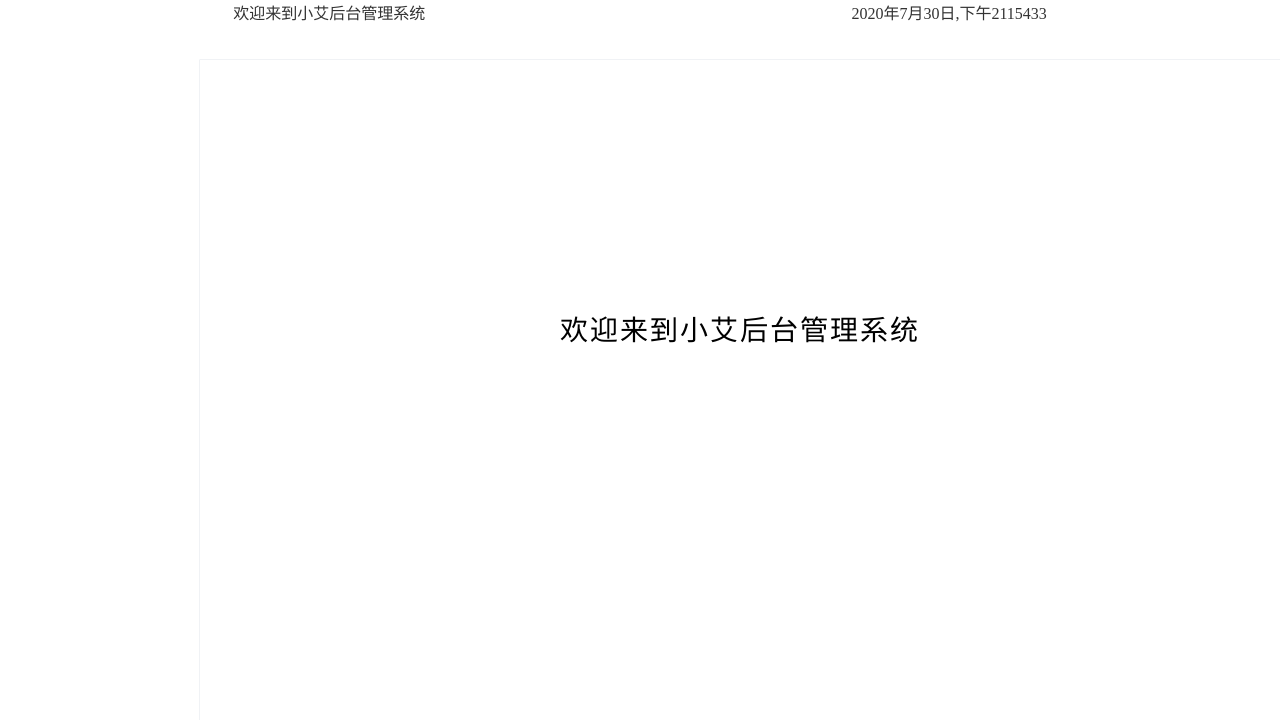
Repository: noob-injoker/router-slots-cw-ee
Page: /
An editor plug-in stored every save of this project. The page is shown before and after the next save, followed by the edit.
The browser window is 1280 px wide. The pictures show the whole page.
The page's requests for data from a server got no answer. The project was rebuilt for these pictures with package versions that can differ from the ones it lists, and the page was loaded fresh each time. No one was signed in, and anything a server would have sent is missing. Also part of the build but not shown: vue.config.js.

Above is the page before, as saved 2020-08-30 21:01:38.

### src/main.js
import Vue from 'vue'
import App from './App.vue'
import router from './router'
import store from './store'
import './bus'
import ElementUI from 'element-ui'
import 'element-ui/lib/theme-chalk/index.css'

Vue.use(ElementUI)

Vue.config.productionTip = false

new Vue({
  router,
  store,
  render: h => h(App)
}).$mount('#app')

### src/App.vue
<template>
<div id="app">

  <router-view />

</div>
</template>

<style>
@import './styles/styles.scss';
@import './styles/common.scss';
</style>

### src/router/index.js
import Vue from 'vue'
import VueRouter from 'vue-router'
import Home from '../views/Home.vue'
import Layout from '../views/Layout.vue'

Vue.use(VueRouter)

  const routes = [

    {
      path: '/',
      name: 'Layout',
      component: Layout,
      children: [

        {
          path: '',
          name: 'Home',
          component: Home
        }
        // ,
        // {
        //   path: 'cata',
        //   name: 'cata',
        //   component: () => import('../views/cata.vue')
        // }
      ]

    },
    {
      path:'/Login',
      name:"Login",
      component: () => import('../views/Login.vue'),
      meta:{
        title:'登录'
      }
    },
  // ,
  // {
  //   path: '/about',
  //   name: 'About',
  //   // route level code-splitting
  //   // this generates a separate chunk (about.[hash].js) for this route
  //   // which is lazy-loaded when the route is visited.
  //   component: () => import(/* webpackChunkName: "about" */ '../views/About.vue')
  // }

]

const router = new VueRouter({
  mode: 'history',
  base: process.env.BASE_URL,
  routes
})

export default router

### src/store/index.js
import Vue from 'vue'
import Vuex from 'vuex'
import user from './user/user'

Vue.use(Vuex)

export default new Vuex.Store({
  state: {

  },
  mutations: {

  },
  actions: {

  },
  modules: {
    user
  }
})

### src/bus/index.js
import Vue from 'vue'
const bus = new Vue()
Vue.prototype.$bus = bus

### src/styles/styles.scss
.username .el-form-item__label,.password .el-form-item__label{
    text-align: left;
}
.button-box .el-button--primary{
    width: 160px;
}
.el-menu-box .el-menu{
    border-right: 0px solid white;
}

### src/styles/common.scss
*{
  margin: 0px;
  padding: 0px;
}

.df{
  display: flex;
}
.f-1{
  flex: 1;
}
.j-center{
  display: flex;
  justify-content: center;

}
.j-bettween{
  display: flex;
  justify-content: space-between;

}
.j-around{
  display: flex;
  justify-content: space-around;
}
.j-end{
  display: flex;
  justify-content: flex-end;
}
.a-center{
  align-items: center;
}
.f-column{
  display: flex;
  flex-direction: column;
}
.p-r{
  position: relative;
}
.p-a{
  position: absolute;
}

.r1{
  border: 1px solid red;
}
.y1{
  border: 1px solid yellow;
}
.b1{
  border: 1px solid black;
}

.l-height32{
  line-height: 32px;
}
.w100{

  width: 100%;

}
.t-center{
  text-align: center;

}
.f12{
  font-size: 12px;
}

.w1170{
  width: 1170px;
}
.h100{
  height: 100px;
}
.h70{
  height: 70px;
}
.h436{
  height: 436px;
}
.h350{
  height: 350px;
}
.w1070{
  width: 1070px;
}
.h1590{
  height: 1590px;
}
.h726{
  height: 726px;
}
.w1054{
  width: 1054px;
}
.h160{
  height: 160px;
}
.w732{
  width: 732px;
}
.b2{
  border: 2px solid black;
}
.h434{
  height: 434px;

}
.h600{
  height: 600px;
}
.w1078{
  width: 1078px;
}
.h362{
  height: 362px;
}
.fs16{
  font-size: 16px;
}
.w652{
  width: 652px;

}
.h82{
  height: 82px;
}
.w1064{
  width: 1064px;
}
.h352{
  height: 352px;
}
.w286{
  width: 286px;
}
.h22{
  height: 22px;
}
.w290{
  width: 290px;
}
.h330{
  height: 330px;
}
.mt40{
  margin-top: 40px;
}
.h724{
  height: 724px;
}
.h630{
  height: 630px;

}
.w1058{
  width: 1058px;
}
.h160{
  height: 160px;
}
.w290{
  width: 290px;
}
.w738{
  width: 738px;
}
.w1170{
  width: 1170;
}
.h468{
  height: 468px;
}
.mt20{
  margin-top: 20px;
}
.h318{
  height: 318px;
}
.w652{
  width: 652px;
}
.w370{
  width: 370px;
}
.h314{
  height: 314px;
}
.g1{
  border: 1px solid gray;
}
.w146{
  width: 146px;
}
.box_content3_pic img{
  width: 100%;
  height: 100%;
}
.w488{
  width: 488px;
}
.h420{
  height: 420px;
}
.h234{
  height: 234px;
}
.w950{
  width: 950px;
}
.h68{
  height: 68px;
}
.w124{
  width: 124px;
}
.h50{
  height: 50px;
}
.w190{
  width: 190px;
}
.h44{
  height: 44px;
}
.w184{
  width: 184px;
}
.h32{
  height: 32px;
}
.h400{
  height: 400px;
}
.w1200{
  width: 1200px;
}
.w950{
  width: 950px;

}
.h630{
  height: 630px;
}
.h188{
  height: 188px;
}
.h380{
  height: 380px;
}
.h335{
  height: 335px;
}
.h138{
  height: 138px;
}
.w238{
  width: 238px;
}
.h668{
  height: 668px;
}
.h446{
  height: 446px;
}
.w460{
  width: 460px;
}
.w140{
  width: 140px;
}
.h140{
  height: 140px;
}
.w320{
  width: 320px;
}
.w950{
  width: 950px;

}
.h498{
  height: 498px;
}
.h100{
  height: 100px;
}
.h398{
  height: 398px;
}
.mb10{
  margin-bottom: 10px;
}
.w358{
  width: 358px;
}
.w440{
  width: 440px;
}
.w119{
  width: 119px;
}
.h30{
  height: 30px;
}
.w59{
  width: 59px;
}
.h88{
  height: 88px;
}
.w1000{
  width: 1000px;
}
.height{
  height: 460px;
}
.w120{
  width: 120px;
}
.h70{
  height: 70px;
}
.fs12{
  font-size: 12px;
}
.fs14{
  font-size: 14px;
}
.h509{
  height: 509px;
}
.w644{
  width: 644px;
}
.w274{
  width: 274px;
}
.w162{
  width: 274px;
}
.h104{
  height: 104px;
}
.w450{
  width: 450px;
}
.w162{
  width: 162px;
}
.h38{
  height: 38px;
}
.h40{
  height: 40px;
}
.w276{
  width: 276px;
}
.h320{
  height: 320px;
}
.w274{
  width: 274px;

}
.h76{
  height: 76px;
}
.h84{
  height: 84px;
}
.h140{
  height: 140px;
}
.h72{
  height: 72px;
}
.h80{
  height: 80px;
}
.h140{
  height: 140px;
}
.w98{
  width: 98px;
}
.w172{
  width: 172px;
}
.h310{
  height: 310px;
}
.h150{
  height: 150px;
}
.h40{
  height: 40px;
}
.pr{
  position: relative;
}
.pa{
  position: absolute;
}
.h176{
  height: 176px;
}
.w920{
  width: 920px;
}
.h122{
  height: 122px;
}
.h145{
  height: 145px;
}
.h108{
  height: 108px;
}
.h48{
  height: 48px;
}
.w612{
  width: 612px;
}
.h36{
  height: 36px;
}
.w322{
  width: 322px;
}
.w1002{
  width: 1002px;
}
.h98{
  height: 98px;
}
.h44{
  height: 44px;
}

.h328{
  height: 328px;
}
.w670{
  width: 670px;
}
.w258{
  width: 258px;
}
.h368{
  height: 368px;
}
.h308{
  height: 308px;
}
.w332{
  width: 332px;
}
.h590{
  height: 590px;
}
.h466{
  height: 466px;
}
.w242{
  width: 242px;
}
.w732{
  width: 732px;
}
.h42{
  height: 42px;
}
.w420{
  width: 420px;
}
.w270{
  width: 270px;
}
.w730{
  width: 730px;
}
.h150{
  height: 150px;
}
.w270{
  width: 270px;
}
.h120{
  height: 120px;
}
.w420{
  width: 420px;
}

.h150{
  height: 150px;
}
.w244{
  width: 244px;

}
.h276{
  height: 276px;
}
.h42{
  height: 42px;
}
.h490{
  height: 490px;
}
.f1{
  flex: 1;
}
.f5{
  flex: 5;
}
.h64{
  height: 64px;
}
.m-l-20{
  margin-left: 20px;
}
.p-l-8{

  padding-left: 8px;
}
.cw{
  color: white;
}
.bg_blue{
  background: rgb(87, 87, 128);
}
.p10{
  padding:10px;
}
.m-t-40{
  margin-top: 40px;
}
.m-t-10{
  margin-top: 10px;
}
.wb20{
  width: 20%;
}
.wb24{
  width: 24%;
}
.hb30{
  height: 30%;
}
.h60{
  height: 60px;
}
.fs22{
  font-size: 40px;
}
.h50{
  height: 50px;
}
.w200{
  width: 200px;
}
.m-t-10{
  margin-top: 10px;
}
.fw7{
  font-weight: 700;
}
.w200{
  width: 200px;
}
.h200{
  height: 200px;
}
.h602{
  height: 602px;
}
.h608{
  height: 607px;
}
.m-l-r-20{
  margin-left: 20px;
  margin-right: 20px;
}
.bgwhite{
  background: white;
}
.fixed{
  position: fixed;
}
.m-l-r-15{
  margin-left: 15px;
  margin-right: 15px;
}
.m-l-10{
  margin-left: 10px;
}
.m-t-15{
  margin-top:15px
}
.h40{
  height: 40px;
}
.bgw{
  background: white;
}
.h30{
  height: 30px;
}
.wb100{
  width: 100%;
}
.w300{
  width: 400px;
}
.h40{
  height: 40px;
}
.m-b-20{
  margin-bottom: 20px;
}
.m-t-20{
  margin-top: 20px;
}
.m-r-30{
  margin-right:30px;
}
.ccc{
  display: flex;
  align-items: center;
  justify-content: center;
}
.w00{
  width: 100%;

}
.h00{
  height: 100%;
}
.bgBlue{
  background: blue;
}
.bgBlack{
  background: black;
}
.bgGreen{
  background: green;
}
.w00{
  width: 100%;
}
.h00{
  height: 100%;
}

### src/views/Home.vue
<template>
<div class="w00 h00">

  <div class="text-box  ccc">欢迎来到小艾后台管理系统</div>

</div>
</template>

<script>
export default {
  name: "",
  props: {},
  components: {},
  data() {
    return {};
  },
  methods: {

  },
  mounted() {

  },
  watch: {},
  computed: {

  },
};
</script>

<style lang="scss" scoped>
.text-box {

 height: 80%;
  font-size: 28px;
  letter-spacing: 2px;


}
</style>

### src/views/Layout.vue
<template>
<div class=" container ">
  <el-container class="">

    <el-header>
      <div>
        <headerNav></headerNav>
      </div>
    </el-header>

    <el-container class="">

      <el-aside width="200px">
        <div class="">
          <asideNav></asideNav>
        </div>
      </el-aside>

      <el-main class="main-box ">

        <div class=" h00">
          <router-view></router-view>
        </div>

      </el-main>

    </el-container>

  </el-container>
</div>
</template>

<script>
import asideNav from "../components/nav/asideNav";
import headerNav from "../components/nav/headerNav";
export default {
  name: "Layout",
  props: {},
  components: {
    asideNav,
    headerNav,
  },
  data() {
    return {};
  },
  methods: {},
  mounted() {},
  watch: {},
  computed: {},
};
</script>

<style lang="scss" scoped>
.main-box{

  height: calc(100vh - 60px);
}

.el-header {
  background-color: white;
  color: #333;

  border-bottom: 1px solid #f0f2f5;
  position: fixed;
  top: 0;
  left: 0;
  right: 0;
}

.el-aside {
  border-right: 1px solid #f0f2f5;
  background-color: white;
  line-height: 200px;
  border-top: 1px solid white;
  position: fixed;
  top: 59px;
  left: 0;
  bottom: 0;
}

.el-main {

  background-color: white;

  margin-left: 200px;
  margin-top: 60px;

}
</style>

### src/store/user/user.js
import api from '../../http/api'
import router from '../../router'
import { Message } from 'element-ui'

export default {
  // 开启命名空间 这个文件就是单独的一个vuex的模块
  namespaced: true,
  state: {
    menus: []
  },
  mutations: {
    setMenus(state, data) {
      state.menus = data
    }
  },
  actions: {
    // 所有的请求都写在actions里面
    // action里面的方法可以传两个参数 第一个参数是整个store(vuex对象) 第二个参数是请求的参数
    async getMenus({ commit }) {
      let res = await api.getMenus()


      if (res.meta.status === 200) {
        let obj = {
          authName: "首页",
          path:""
        }
        res.data.unshift(obj)
        // 提交mutation
        commit('setMenus', res.data);

        console.log(res.data);

      }
    },
    // async getMenus({commit}){
    //   let res = await api.getMenus()
    // },
    async login({ commit }, { username, password }) {
      console.log(commit);
      let res = await api.login({
        username,
        password
      })
      if (res.meta.status === 200) {
        // 存储信息
        localStorage.setItem('adminToken', res.data.token)
        localStorage.setItem('adminUser', JSON.stringify(res.data))
        // 跳转路由
        router.push('')
        // 提示用户
        Message.success('登录成功')
      } else {
        Message.error(res.meta.msg)
      }
    }

  },
}

### src/components/nav/asideNav.vue
<template>
<div>
  <el-row class="tac">
    <el-col>
      <div class="el-menu-box">

        <el-menu unique-opened router default-active="2" class="el-menu-vertical-demo">

          <template v-for="(item,index) in menus">

            <el-menu-item :index="item.path" :key="item.path" v-if="index===0">
              <i :class="iconList[index].icon"></i>
              <span slot="title">{{item.authName}}</span>
            </el-menu-item>

            <el-submenu :index="item.path" :key="item.path" v-else>

              <template slot="title">
                <i :class="iconList[index].icon"></i>
                <span>{{item.authName}}</span>
              </template>

              <el-menu-item-group>

                <el-menu-item :index="item1.path" v-for="(item1,index2) in item.children" :key="item1.path">
                  <i :class="iconList[index].childIconList[index2].childIconListIcon"></i>
                  <span slot="title">{{item1.authName}}{{index2}}</span>
                </el-menu-item>

              </el-menu-item-group>

            </el-submenu>

          </template>

        </el-menu>

      </div>
    </el-col>
  </el-row>
</div>
</template>

<script>
import {
  createNamespacedHelpers
} from "vuex";
const userModule = createNamespacedHelpers("user");
const {
  mapState: userState,
  mapActions: userActions
} = userModule;
export default {
  name: "",
  props: {},
  components: {},
  data() {
    return {

      iconList: [{
          icon: 'el-icon-s-home',
          childIconList: [{
            childIconListIcon: ''
          }]
        },
        {
          icon: 'el-icon-user',
          childIconList: [{
            childIconListIcon: 'el-icon-folder-opened'
          }]
        },
        {
          icon: 'el-icon-folder',
          childIconList: [{
              childIconListIcon: 'el-icon-setting'
            },
            {
              childIconListIcon: 'el-icon-c-scale-to-original'
            },

          ]
        },
        {
          icon: 'el-icon-goods',
          childIconList: [{
              childIconListIcon: 'el-icon-help'
            },
            {
              childIconListIcon: 'el-icon-bell'
            },
            {
              childIconListIcon: 'el-icon-date'
            },
          ]
        },
        {
          icon: 'el-icon-s-order',
          childIconList: [{
            childIconListIcon: 'el-icon-folder-add'
          }]
        },
        {
          icon: 'el-icon-message',
          childIconList: [{
            childIconListIcon: 'el-icon-position'
          }]
        }
      ]

    };
  },
  methods: {
    ...userActions(["getMenus"]),
  },
  mounted() {
    this.getMenus();
  },
  watch: {},
  computed: {
    ...userState(["menus"]),
  },
};
</script>

<style scoped lang='scss'>
</style>

### src/components/nav/headerNav.vue
<template>
<div class="df j-around a-center">
  <div>欢迎来到小艾后台管理系统</div>
  <div>
    <div>{{time}}33</div>
  </div>
</div>
</template>

<script>
export default {
  name: '',
  props: {},
  components: {

  },
  data() {
    return {
      time: ""

    }
  },
  methods: {
    getDate() {
      let date = new Date();
      let year = date.getFullYear();
      let month = date.getMonth();
      let day = date.getDate();
      let hours = date.getHours(); //获取当前小时数(0-23)

      let minuts = date.getMinutes(); //获取当前分钟数(0-59)

      let secondes = date.getSeconds(); //获取当前秒数(0-59)
      this.time = `${year}年${month}月${day}日,下午${hours}${minuts}${secondes}`
    }

  },
  mounted() {
    this.getDate()

  },
  watch: {

  },
  computed: {

  }
}
</script>

<style scoped lang='scss'>

</style>

### src/http/api.js
import service from './index'

export default {
  login({username, password}) {
    return service.post('/login', {
      username,
      password
    })
  },
  getMenus() {
    return service.get('menus')
  }
}

### src/http/index.js
import axios from 'axios'
import nprogress from 'nprogress'
import {Message} from 'element-ui'


// 运行环境: 本地环境:devlpment 和线上(生产)环境: production
const isPro = process.env.NODE_ENV === 'production'

// 创建一个axios的实例
const service = axios.create({
  // 基础路径: 需要根据当前的运行环境来判断
  baseURL: isPro ? '线上的接口路径' : '/api',
  // 超时时间
  timeout: 100000
})


// 请求拦截: 每一次发请求都会做的事情
service.interceptors.request.use((config) => {
  nprogress.start()
  // 前后端鉴权
  // jwt: JSON WEB TOKEN
  // 登录成功之后 后端会返回一个令牌
  let token = localStorage.getItem('adminToken')
  if (token) {
    // 需要在请求头当中添加token
    config.headers['Authorization'] = token
  }
  return config
}, err => {
  nprogress.done()
  return Promise.reject(err)
})


// 响应拦截: 每一次接口返回数据的时候都会做的事情
service.interceptors.response.use((res) => {
  nprogress.done()
  return res.data
}, err => {
  if (err.response && err.response.status) {
    // 错误请求的状态码
    let status = err.response.status
    if (status === 400) {
      Message.error('参数错误')
    }
    if (status === 401) {
      Message.error('登录过期,请重新登录')
    }
    if (status === 403) {
      Message.error('没有权限')
    }
    if (status === 404) {
      Message.error('接口路径错误')
    }
    if (status === 500) {
      Message.error('服务器出错')
    }
    if (status === 503) {
      Message.error('服务器在维护')
    }
  }
  return Promise.reject(err)
})


export default service

Loaded but not shown: public/index.html (common file)

After the next save:
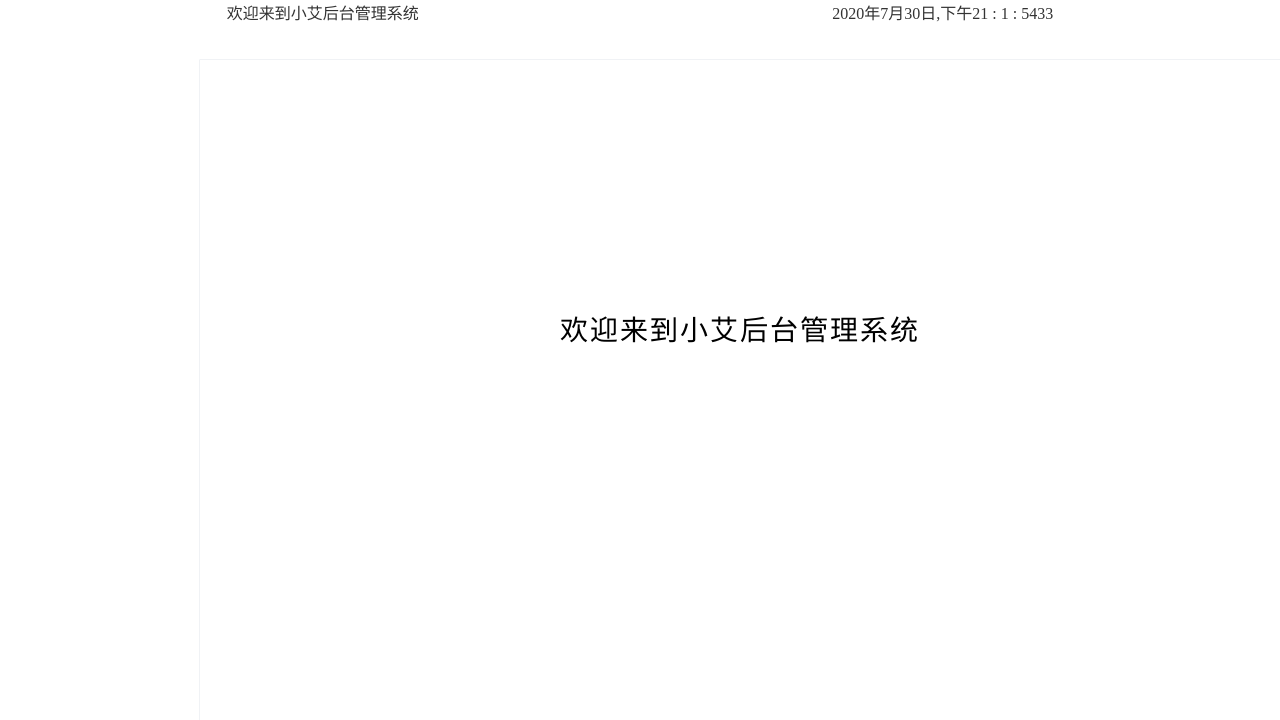
Saved 16 s later.
--- a/src/components/nav/headerNav.vue
+++ b/src/components/nav/headerNav.vue
@@ -31,7 +31,7 @@ export default {
       let minuts = date.getMinutes(); //获取当前分钟数(0-59)
 
       let secondes = date.getSeconds(); //获取当前秒数(0-59)
-      this.time = `${year}年${month}月${day}日,下午${hours}${minuts}${secondes}`
+      this.time = `${year}年${month}月${day}日,下午${hours} : ${minuts} : ${secondes}`
     }
 
   },
